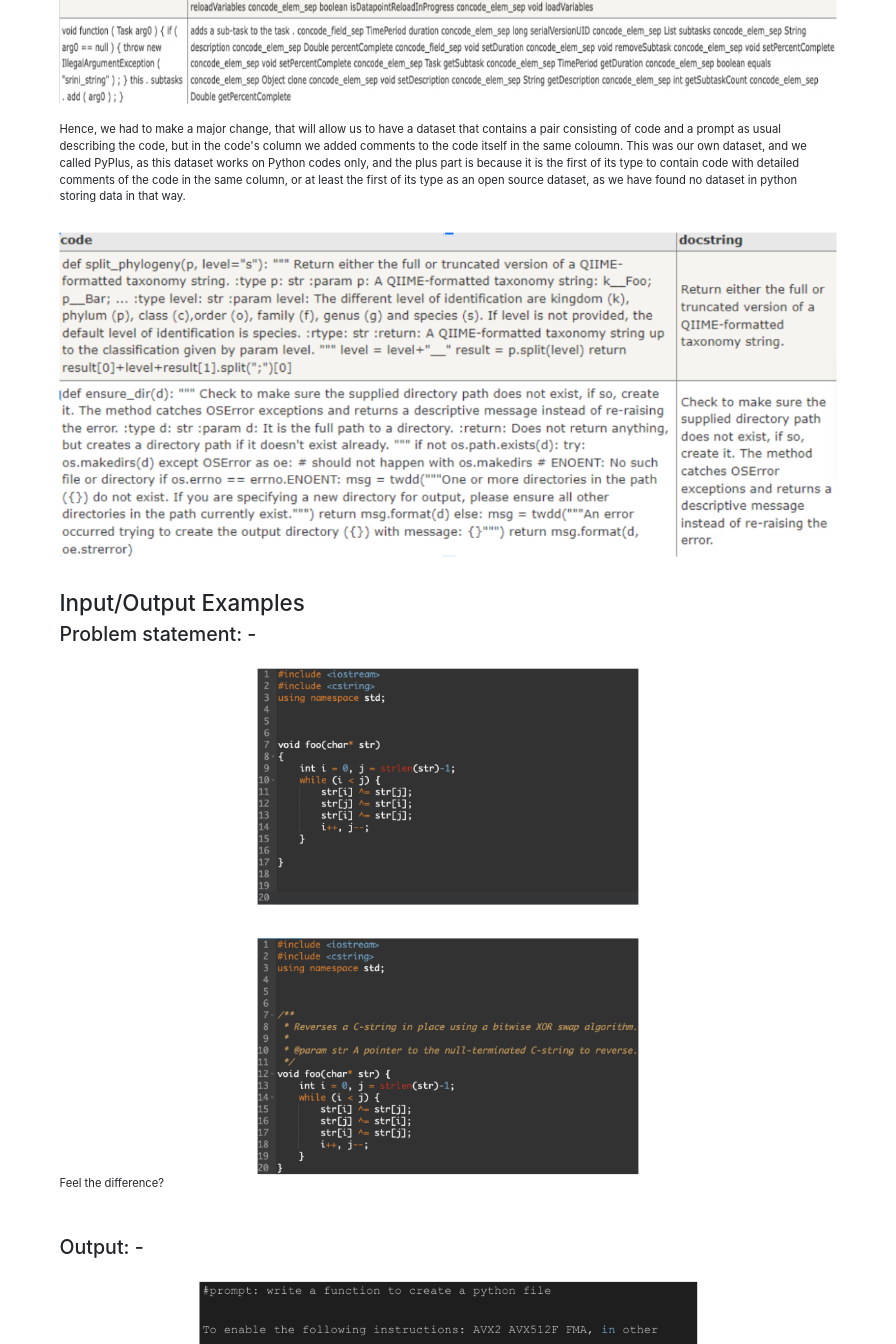
Repository: Shaalan-omar/ConcodePlus
Page: team-specific/index.html
An editor plug-in stored every save of this project. The page is shown before and after the next save, followed by the edit.
The browser window is 1280 px wide. The pictures show the part of the page from y = 1025 to 2945 px (the page is 7593 px tall before and 7617 px after), at 70% of full size.

Above is the page before, as saved 2023-05-14 00:53:33.

### team-specific/index.html
<!DOCTYPE html>
<html lang="en">

<head>

  <meta charset="utf-8">
  <meta name="viewport" content="width=device-width, initial-scale=1, shrink-to-fit=no">
  <meta name="description" content="">
  <meta name="author" content="">

  <title>Code Generation / Documentation model based on CodeT5</title>

  <!-- Bootstrap core CSS -->
  <link href="../vendor/bootstrap/css/bootstrap.min.css" rel="stylesheet">

</head>

<body>

  <!-- Navigation -->
  <nav class="navbar navbar-expand-lg navbar-dark bg-dark static-top">
    <div class="container">
      <a class="navbar-brand" href="../home.html">Practical Machine Deep Learning</a>
      <button class="navbar-toggler" type="button" data-toggle="collapse" data-target="#navbarResponsive" aria-controls="navbarResponsive" aria-expanded="false" aria-label="Toggle navigation">
        <span class="navbar-toggler-icon"></span>
      </button>
      <div class="collapse navbar-collapse" id="navbarResponsive">
        <ul class="navbar-nav ml-auto">
          <li class="nav-item active">
            <a class="nav-link" href="../home.html">Home
              <span class="sr-only">(current)</span>
            </a>
          </li>
          <li class="nav-item">
            <a class="nav-link" href="../about.html">About</a>
          </li>
          <li class="nav-item">
            <a class="nav-link" href="../contact.html">Contact</a>
          </li>
        </ul>
      </div>
    </div>
  </nav>

  <!-- Page Content -->
  <div class="container">
    <div class="row">
      <div class="col-lg-12 text-center">
        <h1 class="mt-5">Code Generation / Documentation model based on CodeT5</h1>
        <ul class="list-unstyled">
          <li>Omar Shaalan 900193887</li>
          <li>Kyrollos Zakarya 900203309</li>
        </ul>
      </div>
    </div>


    <div class="row">
      <div class="col-lg-12 text-left">
        <h2 class="mt-5"></h2>
		<p>
			Code generation is a very important in our current daily life. However, the documentation of the code is beyond important too,
      we need the code that is generated to have a documentation generated with it in order to be able to generate a code that is understandable
      and increase the efficency (we increase the efficency of the code by providing commented code, so it will be easier to understand and reuse or extract the
       needed parts from it)
		</p>
      </div>
    </div>

    <div class="row">
      <div class="col-lg-12 text-left">
        <h2 class="mt-5">Dataset</h2>

        <p>
			Our initial plan was to work with the Cocode's task dataset (concode is the code generation task), this was initially our intution
      as our task, ConcodePlus(the commented code generation task), was going to generate the code that concode generated but with comments. However,
      in concode's dataset we only had the code and the Natural Language describing the code, but no dataset had the code itself with comments in the same coloumn,
      this of course limited our ways
      to train the model on genreating a documented code, as we had no clear dataset that had code, comments for that code, all we had was datasets having code and
      a natural language describing the code, as illustrated in the visualization of the Concode's dataset below.
    </p>
    <br/> <!-- Empty Line before the image -->
    <div class="img-container" align="center"> <!-- Block parent element -->
        <img src="resources/images/concode.png" class="img-fluid text-center">
    </div>
    <br/> <!-- Empty Line after the image -->
<p>
  Hence, we had to make a major change, that will allow us to have a dataset that contains a pair consisting of code and a prompt as usual describing
      the code, but in the code's column we added comments to the code itself in the same coloumn.
      This was our own dataset, and we called PyPlus, as this dataset works on Python codes only, and the plus part is because it is the first of its
      type to contain code with detailed comments of the code in the same column, or at least the first
      of its type as an open source dataset, as we have found no dataset in python storing data in that way.
</p>
<br/> <!-- Empty Line before the image -->
<div class="img-container" align="center"> <!-- Block parent element -->
    <img src="resources/images/dataset.png" class="img-fluid text-center">
</div>

      </div>
    </div>

    <div class="row">
      <div class="col-lg-12 text-left">
        <h2 class="mt-5">Input/Output Examples</h2>

        <h3>
			 Problem statement: -
        </h3>

		<br/> <!-- Empty Line before the image -->
	    <div class="img-container" align="center"> <!-- Block parent element -->
      		<img src="resources/images/Problem_Stat_1.png" class="img-fluid text-center">
    	</div>

    	<br/> <!-- Empty Line after the image -->

      <br/> <!-- Empty Line before the image -->
	    <div class="img-container" align="center"> <!-- Block parent element -->
      		<img src="resources/images/Problem_Stat_2.png" class="img-fluid text-center">
    	</div>

      <p class = "center">
        Feel the difference?
     </p>
     <br>
    </br>
    <h3>
      Output: -
    </h3>

      <br/> <!-- Empty Line before the image -->
	    <div class="img-container" align="center"> <!-- Block parent element -->
      		<img src="resources/images/output.png" class="img-fluid text-center">
    	</div>
    	<br/> <!-- Empty Line after the image -->
      </div>
    </div>


    <div class="row">
      <div class="col-lg-12 text-left">
        <h2 class="mt-5">State of the art (PARSEL)</h2>

        <p>
			SOTA models and their accuracies (tables are needed I believe):-
		</p>

		<br/> <!-- Empty Line before the image -->
	    <div class="img-container" align="center"> <!-- Block parent element -->
      		<img src="resources/images/parsel_1.png" class="img-fluid text-center">
    	</div>
    	<br/> <!-- Empty Line after the image -->

      <br/> <!-- Empty Line before the image -->
	    <div class="img-container" align="center"> <!-- Block parent element -->
      		<img src="resources/images/parsel_2.png" class="img-fluid text-center">
    	</div>
    	<br/> <!-- Empty Line after the image -->

      <br/> <!-- Empty Line before the image -->
	    <div class="img-container" align="center"> <!-- Block parent element -->
      		<img src="resources/images/parsel_3.png" class="img-fluid text-center">
    	</div>
    	<br/> <!-- Empty Line after the image -->
      </div>
    </div>

    <div class="row">
      <div class="col-lg-12 text-left">
        <h2 class="mt-5">Orignial Model from Literature LEFT LESA</h2>

        <p>
			Details about the model here, add your model images below
		</p>

		<br/> <!-- Empty Line before the image -->
	    <div class="img-container" align="center"> <!-- Block parent element -->
      		<img src="resources/images/model.png" class="img-fluid text-center">
    	</div>
    	<br/> <!-- Empty Line after the image -->
      </div>
    </div>

    <div class="row">
      <div class="col-lg-12 text-left">
        <h2 class="mt-5">Proposed Updates</h2>

        <p>
			Add all the model updates you made here, need as many images as you wish
		</p>

		<h5 class="mt-5">Update #1: Adding Reinforcement Learning</h5>
		<p>
			Give rewards when the generated documentation along with the code is correct and add negative rewards when the generation is not good.
		</p>
		<br/> <!-- Empty Line before the image -->
	    <div class="img-container" align="center"> <!-- Block parent element -->
      		<img src="resources/images/reinforcement.png" class="img-fluid text-center">
    	</div>
    	<br/> <!-- Empty Line after the image -->
      </div>
    </div>


    <div class="row">
      <div class="col-lg-12 text-left">
        <h2 class="mt-5">Results</h2>

        <p>
			LEFT lehad ma tet7asen Add your results here, add graphs and images to illustrate it.
			Compare your results to the original model and state of the art
		</p>

		<br/> <!-- Empty Line before the image -->
	    <div class="img-container" align="center"> <!-- Block parent element -->
      		<img src="resources/images/results.png" class="img-fluid text-center">
    	</div>
    	<br/> <!-- Empty Line after the image -->
      </div>
    </div>


    <div class="row">
      <div class="col-lg-12 text-left">
        <h2 class="mt-5">Technical report</h2>

        <p>
			LEft Here you will detail the details related to training, for example: Filled With KYRO
		</p>

	 	<ul>
		  <li>Programming framework</li>
		  <li>Training hardware i.e. colab or azure or anything else</li>
		  <li>Training time</li>
		  <li>Number of epochs</li>
		  <li>Time per epoch</li>
		  <li>Any other important detail or difficulties</li>
		</ul>
      </div>
    </div>

	<div class="row">
	  <div class="col-lg-12 text-left">
	    <h2 class="mt-5">Conclusion</h2>

	    <p>
			Conclusion and future work (including lessons learned and interesting findings
		</p>

	  </div>
	</div>

	<div class="row">
	  <div class="col-lg-12 text-left">
	    <h2 class="mt-5">References</h2>

	    <p>
	    	List all references here, the following are only examples
	    </p>

		<ol>
		  <li><a href="https://arxiv.org/pdf/2212.10561v2.pdf">Parsel Paper</a></li>
		  <li><a href="https://arxiv.org/pdf/2109.00859v1.pdf">CodeT5 PaperL</a></li>
		  <li><a href="http://www.google.com">Dataset Link LEFT need to upload it to github</a></li>
		</ol>
	  </div>
	</div>

  </div>



  <!-- Bootstrap core JavaScript -->
  <script src="../vendor/jquery/jquery.slim.min.js"></script>
  <script src="../vendor/bootstrap/js/bootstrap.bundle.min.js"></script>

</body>

</html>

Loaded but not shown: vendor/bootstrap/css/bootstrap.min.css (library); vendor/jquery/jquery.slim.min.js (library); vendor/bootstrap/js/bootstrap.bundle.min.js (library)

After the next save:
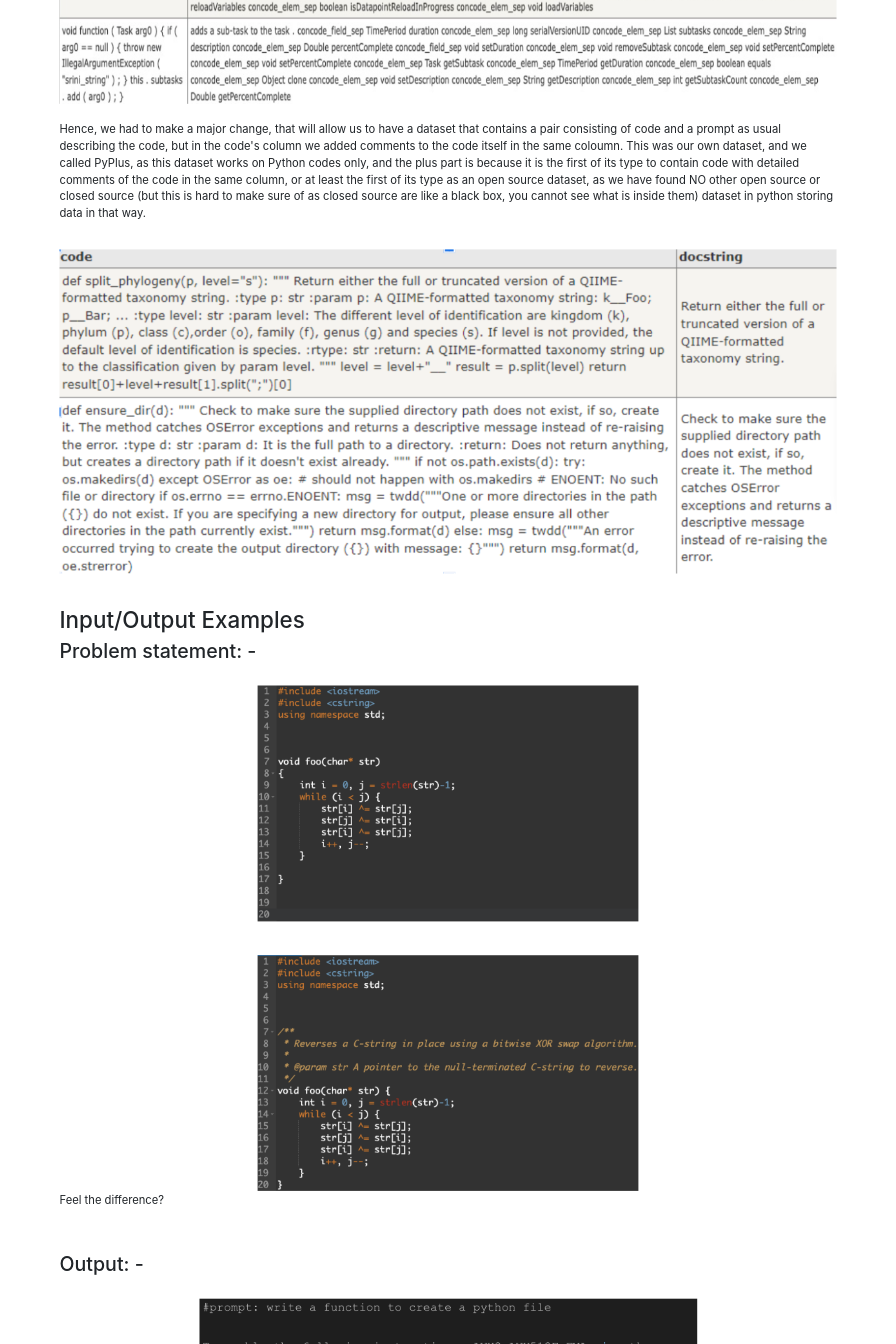
Saved 64 s later.
--- a/team-specific/index.html
+++ b/team-specific/index.html
@@ -89,7 +89,8 @@
       the code, but in the code's column we added comments to the code itself in the same coloumn.
       This was our own dataset, and we called PyPlus, as this dataset works on Python codes only, and the plus part is because it is the first of its
       type to contain code with detailed comments of the code in the same column, or at least the first
-      of its type as an open source dataset, as we have found no dataset in python storing data in that way.
+      of its type as an open source dataset, as we have found NO other open source or closed source (but this is hard to make sure of as closed source
+      are like a black box, you cannot see what is inside them) dataset in python storing data in that way.
 </p>
 <br/> <!-- Empty Line before the image -->
 <div class="img-container" align="center"> <!-- Block parent element -->
